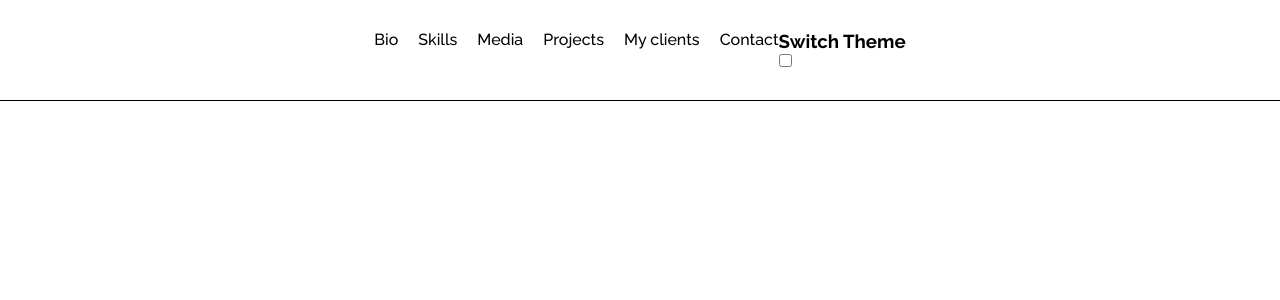
Repository: moataz305G/Personal-website
Page: index.html
The author's editor kept a copy of each file at every save. The page is drawn from the files as they stood at one save, then again after the next save.
The browser window is 1280 px wide. The pictures show the whole page.

Above is the page before, as saved 2025-12-10 10:07:08.

### index.html
<!DOCTYPE html>
<html lang="en">
  <head>
    <meta charset="UTF-8" />

    <meta name="viewport" content="width=device-width, initial-scale=1.0" />
    <link rel="preconnect" href="https://fonts.googleapis.com" />
    <link rel="preconnect" href="https://fonts.gstatic.com" crossorigin />
    <link
      href="https://fonts.googleapis.com/css2?family=Raleway:ital,wght@0,100..900;1,100..900&display=swap"
      rel="stylesheet"
    />

    <link rel="stylesheet" href="Style.css" />
    <title class="title">Moataz khimes</title>
  </head>
  <body>
    <div class="container">
      <header class="header">
        <nav class="navigation">
          <ul class="navigation__list">
            <li><a href="#" class="navigation__link">Bio</a></li>
            <li><a href="#" class="navigation__link">Skills</a></li>
            <li><a href="#" class="navigation__link">Media</a></li>
            <li><a href="#" class="navigation__link">Projects</a></li>
            <li><a href="#" class="navigation__link">My clients</a></li>
            <li><a href="#" class="navigation__link">Contact</a></li>
          </ul>
        </nav>

        <div class="tageel">
          <h3 class="tageel__title">Switch Theme</h3>
          <input
            type="checkbox"
            name="checkbox"
            id="tagleel"
            class="tageel__switch"
          />
        </div>
      </header>
    </div>
  </body>
</html>

### Style.css
:root {
  --container-width: 119rem;
  --guter: 6rem;

  --color-black: #000;
  --color-white: #fff;
  --color-blue: #2374e1;
  --color-lite-blue: #1d9bf0;
  --color-dark-blue: #0a66c2;
  --color-darker-blue: #143ce8;
  --color-red: #ff0000;
  --color-green: #03a696;
  --color-gray: #f6f6f6;
  --color-dark-green: #42959b;

  --color-background: var(--color-white);
  --color-text: var(--color-black);
  --color-box-img: var(--color-black);
  --color-link-bg: var(--color-black);
  --color-input-border: var(--color-black);

  --font-family-raleway: "Raleway", sans-serif;
  --font-family-poppins: "Poppins", sans-serif;

  --font-weight-regular: 400;
  --font-weight-medium: 500;
  --font-weight-semi-bold: 600;
  --font-weight-bold: 700;

  --font-size-70: 7rem;
  --font-size-65: 6.5rem;
  --font-size-40: 4rem;
  --font-size-38: 3.8rem;
  --font-size-24: 2.4rem;
  --font-size-22: 2.2rem;
  --font-size-20: 2rem;
  --font-size-18: 1.8rem;
  --font-size-15: 1.5rem;

  --transition-timing: 0.3s;
}
/* CSS Reset */
* {
  margin: 0;
  padding: 0;
}

*,
*::after,
*::before {
  box-sizing: border-box;
}

a {
  color: inherit;
  display: inline-block;
}

button {
  background-color: transparent;
  border: none;
  cursor: pointer;
}

ul,
ol {
  list-style: none;
}
/* END CSS Reset */
html {
  font-size: 62.5%;
  scroll-behavior: smooth;
  scroll-padding-top: 11rem;
}

body {
  font-size: 1.6rem;
  font-family: var(--font-family-raleway);
  background-color: var(--color-background);
  color: var(--color-text);
}

.container {
  max-width: var(--container-width);
  margin: 0 auto;
}
header {
  position: relative;
  padding: 3rem 0;
  display: flex;
  justify-content: center;
  z-index: 1;
}
.header::before {
  content: "";
  position: absolute;
  height: 100%;
  width: 100vw;
  border-bottom: 0.1rem solid var(--color-black);
  top: 0;
  z-index: 0;
}

.navigation__list {
  display: flex;
  gap: 2rem;
}
.navigation__link:link,
.navigation__link:visited {
  text-decoration: none;
  font-weight: var(--font-weight-medium);
}
.navigation__link:hover,
.navigation__link:active {
  text-decoration: underline;
  color: var(--color-text);
}

After the next save:
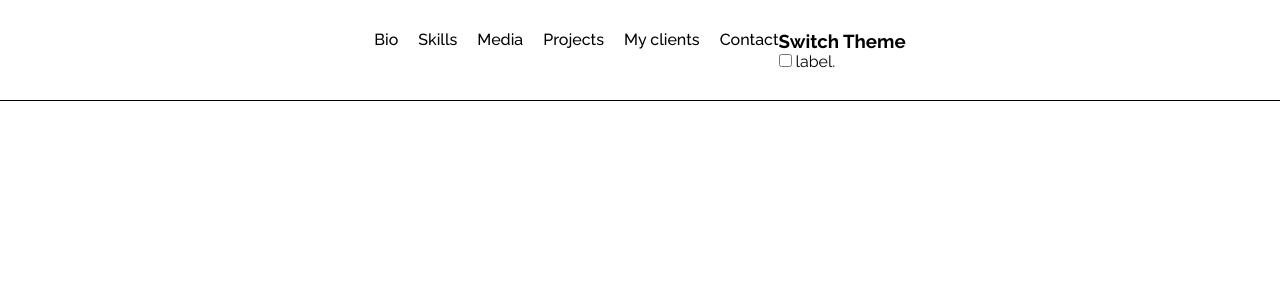
Saved 100 s later.
--- a/index.html
+++ b/index.html
@@ -28,14 +28,15 @@
           </ul>
         </nav>
 
-        <div class="tageel">
-          <h3 class="tageel__title">Switch Theme</h3>
+        <div class="toggle">
+          <h3 class="toggle__title">Switch Theme</h3>
           <input
             type="checkbox"
-            name="checkbox"
-            id="tagleel"
+            name="toggle checkbox"
+            id="toggle"
             class="tageel__switch"
           />
+          label.
         </div>
       </header>
     </div>

After the save that followed:
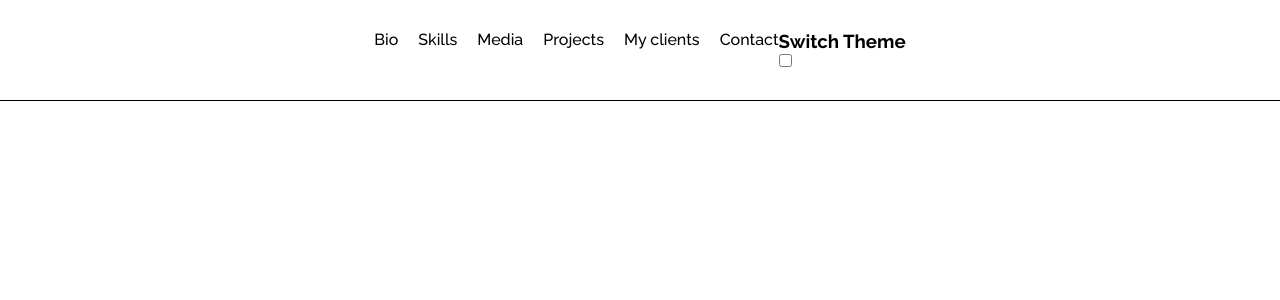
Saved 45 s later.
--- a/index.html
+++ b/index.html
@@ -36,7 +36,7 @@
             id="toggle"
             class="tageel__switch"
           />
-          label.
+          <label for="toggle" class="taggle__label"></label>
         </div>
       </header>
     </div>
